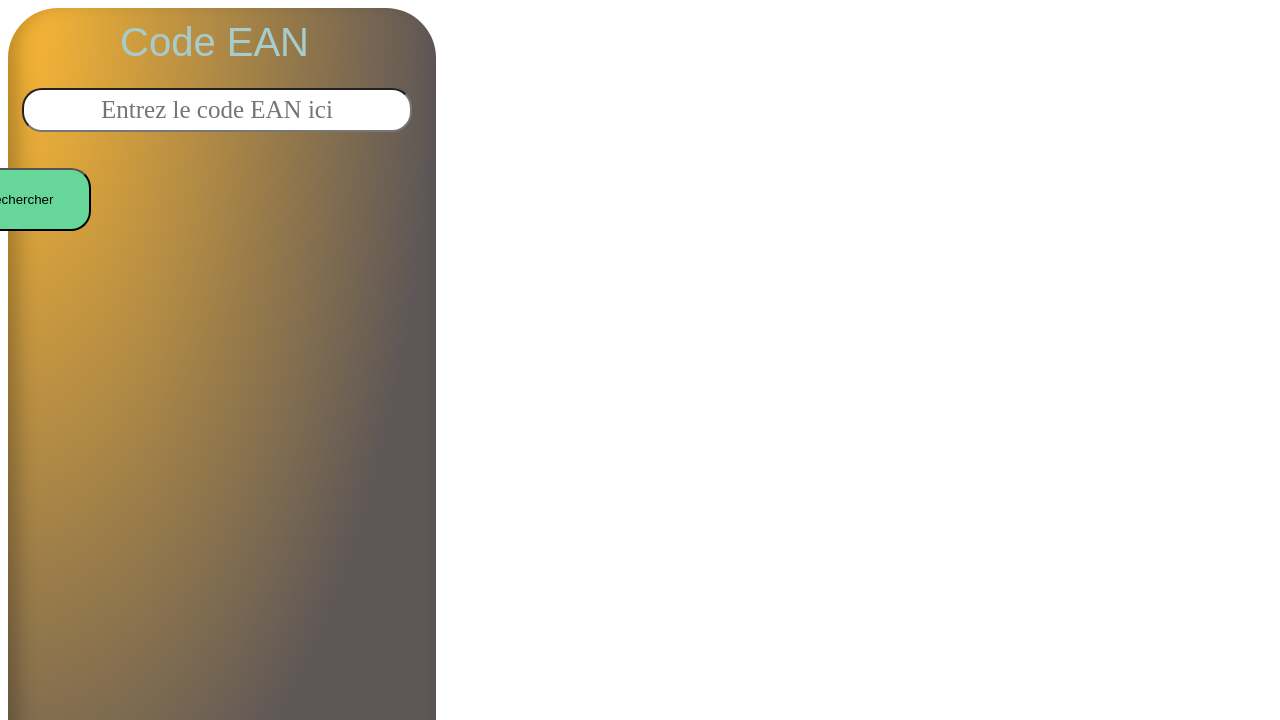
Repository: Zouz01/exo-toucan
Page: index.html
These files come from the project's save history. The page is drawn as it stood at one moment and after the next save; the edit follows.
The browser window is 1280 px wide. The pictures show the whole page.

Above is the page before, as saved 2023-09-21 11:44:26.

### index.html
<!DOCTYPE html>
<html lang="fr">
<head>
    <meta charset="UTF-8">
    <meta name="viewport" content="width=device-width, initial-scale=1">
    <title>TOUCAN API</title>
    <link rel="stylesheet" type="text/css" href="main.css">
</head>
<body>
    <div class="container">
        <!-- Formulaire de recherche -->
        <form id="product-form" action="https://fr.openfoodfacts.org/api/v0/product/<<code_EAN_13>>" method="POST">
            <label for="code_ean">Code EAN </label>
            <input type="text" id="code_ean" name="code_ean" placeholder="Entrez le code EAN ici"><!-- Champ de saisie du code EAN -->
            <button type="submit" id="submit">Rechercher</button> <!-- Bouton de soumission du formulaire -->
        </form>

        <!-- Conteneur pour l'affichage de l'image et des informations -->
        <div><img id="img"></div>
        <div id="product-info"></div>
    </div>

    <!-- Inclusion du script JavaScript -->
    <script src="main.js"></script>
</body>
</html>

### main.css
body {
    font-family: Arial, sans-serif;

}

.container {
    width: 428px;
    height: 926px;
   position: fixed;
    text-align: center;

    background: radial-gradient(100% 100% at 0% 0%, #FFBA33 0%, #5e5757 100%);
   /* background: radial-gradient(100% 100% at 0% 0%, #A6A6A6 0.46%, #000000 78.06%);
    background: linear-gradient(167.94deg, #7AA77E 0%, #476F72 100%);*/

    opacity: 1.8;
    box-shadow: inset 10px -10px 20px rgba(0, 0, 0, 0.25);
    border-radius: 50px;
}

/* position ecriture label*/
label {

    top: 20px;
    font-size: 40px;
    color: rgb(167, 204, 204);
   left: 120px;
    position :fixed;



}
/*position img*/
#img {
    position: relative;
   border-radius: 20px;
   width: 20%;
   top: 600px;
}

/*position retour d'information produit*/
 #product-info {
    position: absolute;
    padding: 20px;
    color:rgb(171, 221, 205);
    top: 100px;

 }
h2 {
    font-size: xx-large;
    color: #7af3b1;
}
p{
    font-size: larger ;
}

/* Champ de saisie pour entrer le code EAN */
#code_ean {
    position: absolute;
   border-radius: 20px;
    width: 382px;
    height: 38px;
   right:24px ;
    top: 80px;
    font-family: 'Montserrat';
font-style: normal;
font-weight: 500;
font-size: 25px;
line-height: 30px;
text-align: center;

color: #0f0d0d;



}

/* Bouton de recherche */
button[type="submit"] {
    position: absolute;
    width: 144px;
    height: 63px;
  background-color: #67d699;
    top: 160px;
    border-radius: 20px;
    right: 345px;



}




/* styles pour les écrans plus grands */
/* @media (min-width: 900px) {
     .container {
        width: 1860px;
        height: 900px;
     }
        button[type="submit"] {
            position: absolute;
    width: 184px;
    height: 83px;
  background-color: #67d699;
    bottom: 50px;
    border-radius: 20px;
    right: 870px;
        }
        #code_ean {
            position: absolute;
           border-radius: 20px;
            width: 1382px;
            height: 68px;
           right:15% ;
            top: 80px;
            font-family: 'Montserrat';
        font-style: normal;
        font-weight: 500;
        font-size: 25px;
        line-height: 30px;
        text-align: center;
        color: #0f0d0d;

 }
 label {

    top: 20px;
    font-size: 40px;
    color: rgb(167, 204, 204);
   left: 800px;
    position :fixed;

}
#product-info {
    position: absolute;
    padding: 50px;
    color:rgb(171, 221, 205);
    top: 200px;
    left: 30%;

 }
 #img {
    position: relative;
   border-radius: 20px;
   max-width: 20%;
   max-height: 10%;
   top: 230px;
   right: 30%;
}
h2 {
    font-size: 50px;
    color: aqua;
}
p{
    font-size: 30px ;
}
} */

### main.js
const form = document.querySelector("#product-form"); //Interagit avec  HTML avec l'id "product-form"
const code_ean = document.querySelector("#code_ean"); //Interagit avec  HTML  avec l'id "code_ean"
const productInfo = document.querySelector("#product-info"); //Interagit avec  HTML avec l'id "les informations produits"
const img = document.querySelector("#img");  //Interagit avec  HTML avec l'id "les images"
const submit = document.querySelector("#submit");  //Interagit avec  HTML avec l'id "Boutton envoi"


submit.addEventListener("click", (e) => { // Ecouteur d'événement sur le bouton d'envoi qui écoute un événement de clic
    e.preventDefault();

    // validation du code
    if (code_ean.value.length !== 13) {
        alert("Le code EAN doit contenir 13 chiffres.");// Le script vérifie si la valeur du champ de saisie du code EAN comporte 13 caractères
        return;                                         // Sinon, il affiche une alerte indiquant que le code EAN doit contenir 13 chiffres.
    }else

// Si code correct alors ...
    // Récupére les informations du produit depuis l'API
    fetch("https://fr.openfoodfacts.org/api/v0/product/" + code_ean.value) //Méthode pour envoyer une requête GET à l'API
        .then((reponse) => reponse.json())   //  Convertit  la réponse de l'API en JSON
        .then((data) => {                    //  Pour accéder aux données.
            let product = data.product;
            img.src = product.image_url;


             //Affiche les informations sur le produit, ( avec innerHTML on definila source de l'éléments)
             productInfo.innerHTML =`
             <h2><b>Nom</b> : ${product.abbreviated_product_name}</h2>
             <p><b>Marque</b> : ${product.brands}</p>
             <p><b>Catégorie</b> : ${product.categories}</p>
             <p><b>Ingrédients</b> : ${product.ingredients_text}</p>`
             console.log (data)
        }); // ${} veut dire interpreter

});

   /*fecht veut dire aller chercher*/

After the next save:
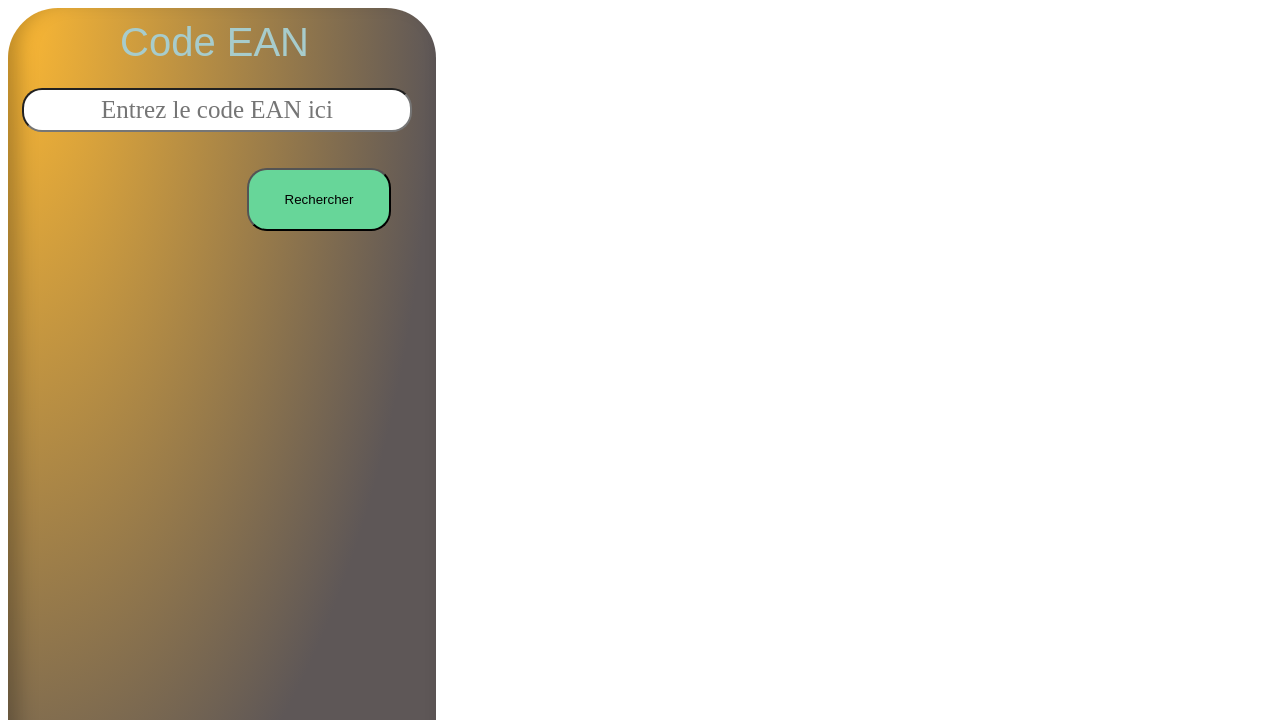
Saved 7 s later.
--- a/main.css
+++ b/main.css
@@ -83,7 +83,7 @@ button[type="submit"] {
   background-color: #67d699;
     top: 160px;
     border-radius: 20px;
-    right: 345px;
+    right: 45px;
 
 
 
